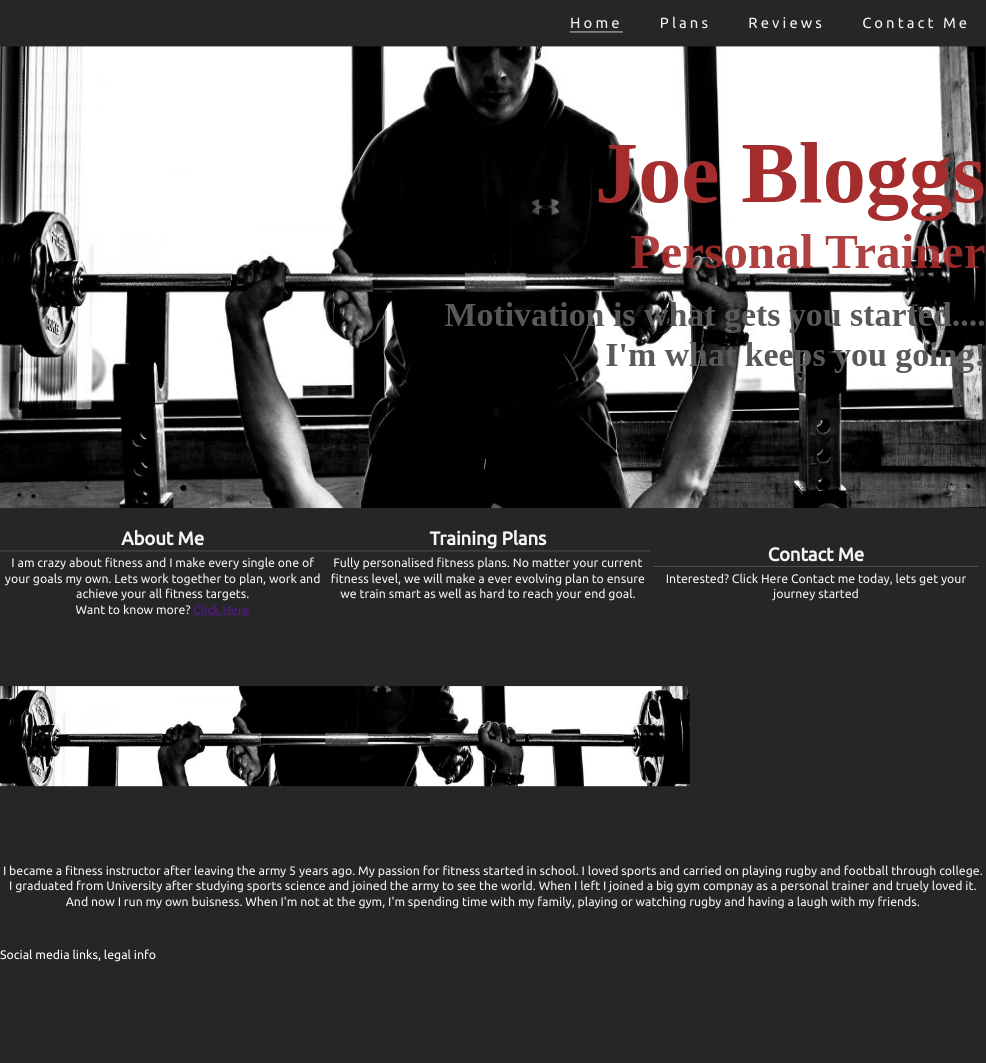
Repository: ClaireRoberts1403/Joe-Bloggs-Personal-Trainer
Page: html/index.html
The author's editor kept a record of every edit. The page is drawn from the files as they stood at one moment, then again after the next edit.
The browser window is 1280 px wide. The pictures show the whole page, at 77% of full size.
Some web fonts or font styles are not loaded; a fallback is used.

Above is the page before.

After the next edit:
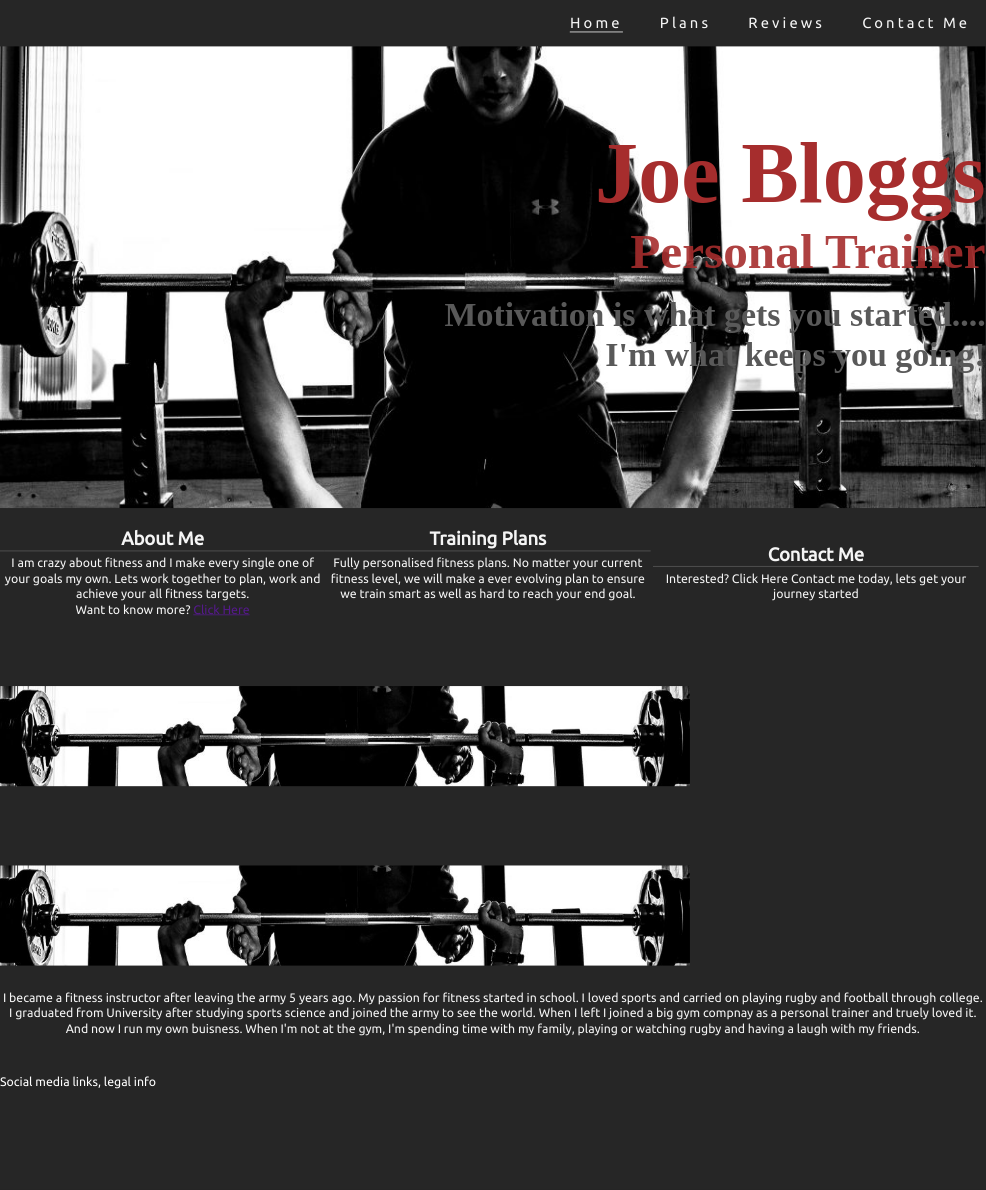
The edit:
--- a/html/index.html
+++ b/html/index.html
@@ -76,7 +76,7 @@
 		<li class="indeximage1">
 
 		</li>
-			<li>
+			<li class="indeximage2">
 
 		</li>
 			<li>
